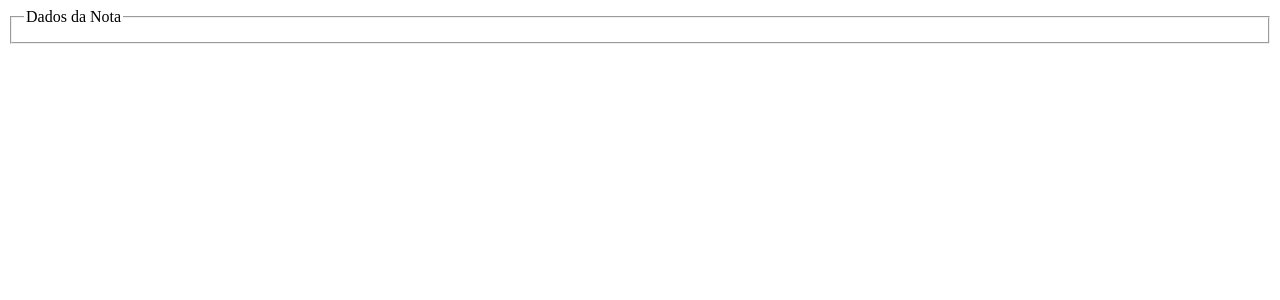
Repository: andytsunami/FJ26
Page: fj26-notas-fiscais/WebContent/notafiscal.html
An editor plug-in stored every save of this project. The page is shown before and after the next save, followed by the edit.
The browser window is 1280 px wide. The pictures show the whole page.

Above is the page before, as saved 2013-03-02 14:20:23.

### fj26-notas-fiscais/WebContent/notafiscal.html
<?xml version="1.0" encoding="UTF-8" ?>
<!DOCTYPE html PUBLIC "-//W3C//DTD XHTML 1.0 Transitional//EN" "http://www.w3.org/TR/xhtml1/DTD/xhtml1-transitional.dtd">
<html xmlns="http://www.w3.org/1999/xhtml"
	xmlns:f="http://java.sun.com/jsf/core"
	xmlns:h="http://java.sun.com/jsf/html"
	xmlns:ui="http://java.sun.com/jsf/facelets"
	xmlns:cc="http://java.sun.com/jsf/composite">

<ui:composition template="/_template.xhtml">
	<ui:define name="corpo">

		<h:form>
			<fieldset>
				<legend>Dados da Nota</legend>

				<h:outputLabel value="CNPJ Cliente" />
				<h:inputText value="#{notaFiscalBean.notaFiscal.cnpj}" />

				<h:outputLabel value="Data: " />
				<h:inputText value="#{notaFiscalBean.notaFiscal.data.time}">
					<f:convertDateTime pattern="dd/MM/yyyy"
						timeZone="America/Sao_Paulo" />
				</h:inputText>

			</fieldset>

			<h:commandButton value="Gravar" action="#{notaFiscalBean.gravar}" />

		</h:form>

	</ui:define>


</ui:composition>
</html>

After the next save:
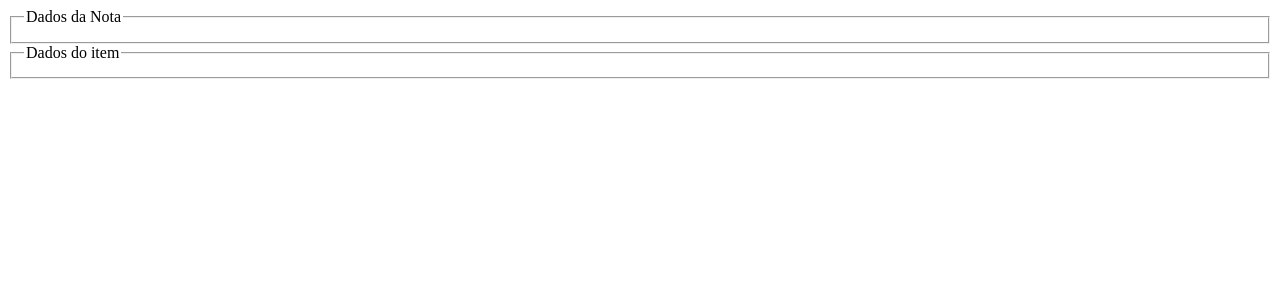
Saved 15 min 37 s later.
--- a/fj26-notas-fiscais/WebContent/notafiscal.html
+++ b/fj26-notas-fiscais/WebContent/notafiscal.html
@@ -24,6 +24,24 @@
 
 			</fieldset>
 
+			<fieldset>
+				<legend>Dados do item</legend>
+
+				<h:outputLabel value="Produto: " />
+				<h:selectOneMenu value="#{produtoBean.idProduto}">
+					<f:selectItems value="#{produtoBean.produtos}" var="produto"
+						itemValue="#{produto.id}" itemLabel="#{produto.nome}" />
+				</h:selectOneMenu>
+
+				<h:outputLabel value="Quantidade: " />
+				<h:inputText value="#{notaFiscalBean.item.quantidade}" />
+
+				<h:commandButton action="#{notaFiscalBean.guardaItem}"
+					value="Guardar Item" />
+
+
+			</fieldset>
+
 			<h:commandButton value="Gravar" action="#{notaFiscalBean.gravar}" />
 
 		</h:form>
